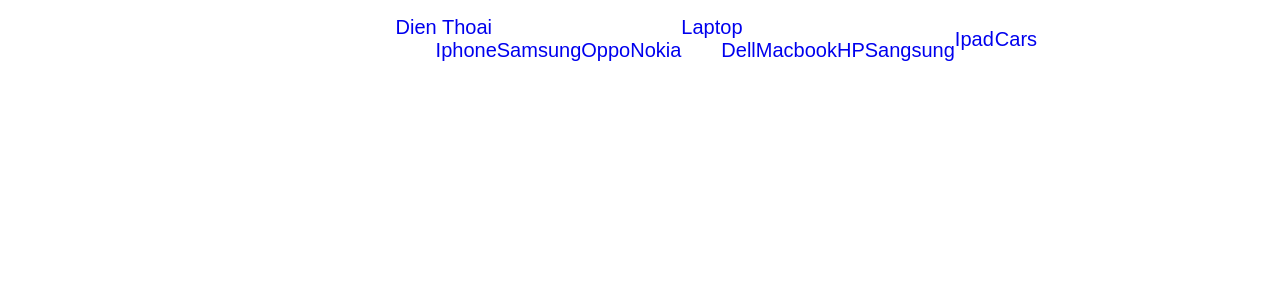
Repository: nvngon2604/Git
Page: web/index.html
An editor plug-in stored every save of this project. The page is shown before and after the next save, followed by the edit.
The browser window is 1280 px wide. The pictures show the whole page.
Some web libraries are served in a nearby version.

Above is the page before, as saved 2020-05-10 10:33:57.

After the next save:
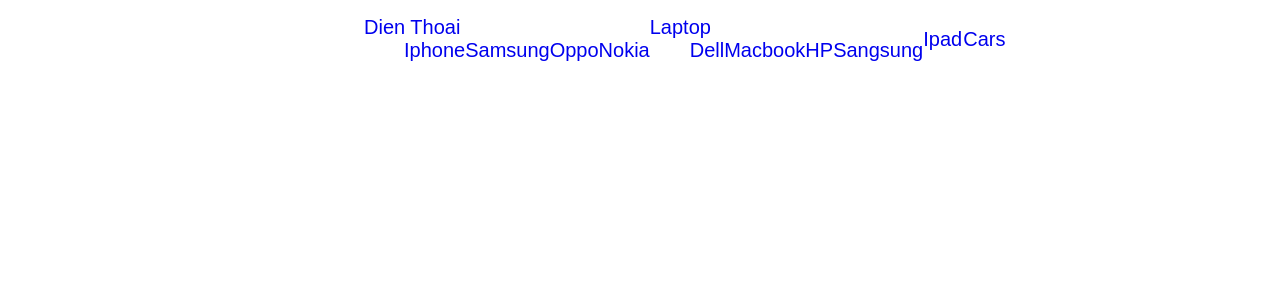
Saved 10 s later.
--- a/web/web.css
+++ b/web/web.css
@@ -2,7 +2,7 @@
     font-family: sans-serif;
 }
 .container header{
-    width: 45%;
+    width: 50%;
     height: 50px;
     margin: 0 auto
 }
